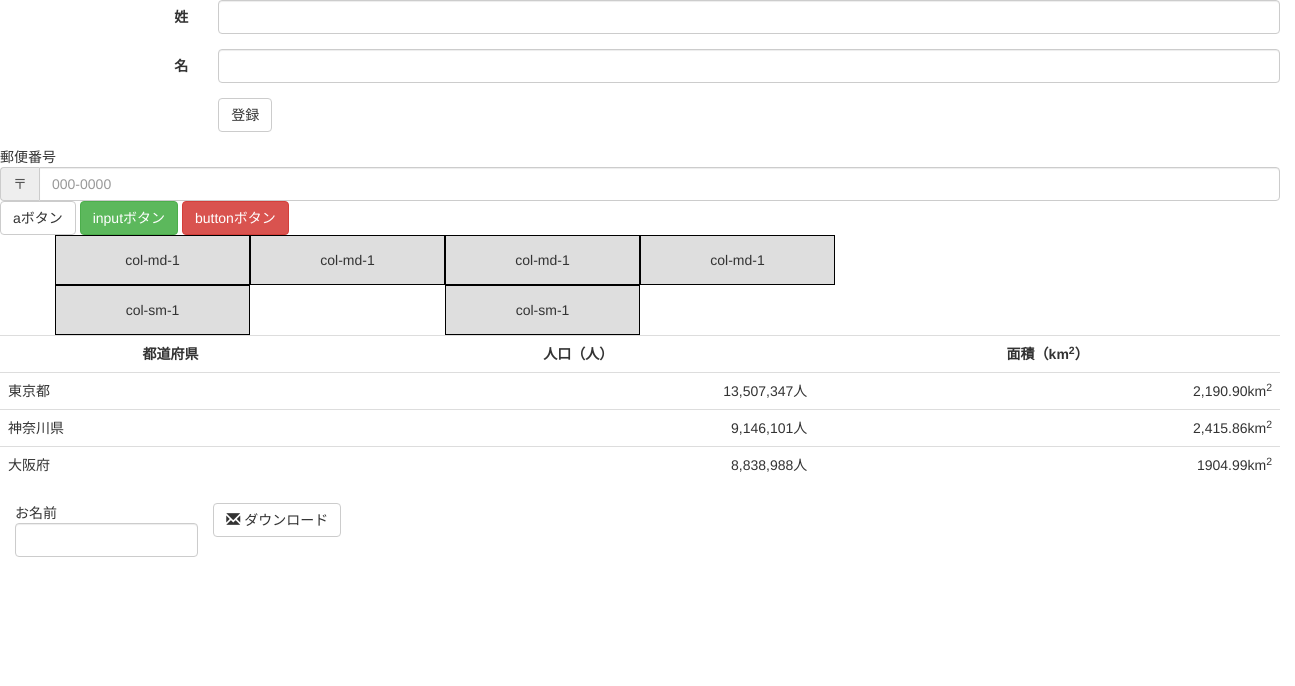
Repository: honokah/microposts
Page: Bootstrap/bootstrap_lesson.html
The author's editor kept a record of every edit. The page is drawn from the files as they stood at one moment, then again after the next edit.
The browser window is 1280 px wide. The page is 1295 px wide, so the pictures cover 1295 px, including what lies to the right of the window. The pictures show the whole page.

Above is the page before.

### Bootstrap/bootstrap_lesson.html
<!DOCTYPE html>
<html>
    <head>
        <meta charset="utf-8">
        <meta http-equiv="X-UA-Compatible" content="IE=edge">
        <meta name="viewport" content="width=device-width, initial-scale=1">
        <link rel="stylesheet" href="bootrap.css">

        <title>Grid System Test</title>

        <!-- Bootstrap CSS-->
        <link rel="stylesheet" href="https://maxcdn.bootstrapcdn.com/bootstrap/3.3.7/css/bootstrap.min.css">
        <!-- jQuery -->
        <script src="https://ajax.googleapis.com/ajax/libs/jquery/1.12.4/jquery.min.js"></script>
        <!-- Bootstrap JavaScript-->
        <script src="https://maxcdn.bootstrapcdn.com/bootstrap/3.3.7/js/bootstrap.min.js"></script>

        <style>
            .row div {
                border: 1px solid #000;
                padding: 1em;
                text-align: center;
                background-color: #dedede;
            }
        </style>

    </head>



    <body>



<form class="form-horizontal">
  <!-- "form-group" expresses a row -->
  <div class="form-group">
    <label class="col-xs-2 control-label">姓</label>
    <div class="col-xs-10">
      <input type="text" class="form-control" name="lastname">
    </div>
  </div>

  <!-- row -->
  <div class="form-group">
    <label class="col-xs-2 control-label">名</label>
    <div class="col-xs-10">
      <input type="text" class="form-control" name="
      firstname">
    </div>
  </div>

  <!-- row -->
  <div class="form-group">
    <div class="col-xs-offset-2 col-sm-10">
      <button type="submit" class="btn btn-default">登録</button>
    </div>
  </div>
</form>

 <form>
  郵便番号
  <div class="input-group">
    <!-- left accessory -->
    <span class="input-group-addon">〒</span>

    <input type="text" class="form-control" placeholder="000-0000">
  </div>
</form>

<a href="https://www.google.co.jp/" class="btn btn-default">aボタン</a>
<input type="submit" class="btn btn-success" value="inputボタン">
<button class="btn btn-danger" type="submit">buttonボタン</button>






        <div class="container","col-md-2">
            <div class="row">
                <div class="col-md-2">col-md-1</div>
                <div class="col-md-2">col-md-1</div>
                <div class="col-md-2">col-md-1</div>
                <div class="col-md-2">col-md-1</div>
            </div>

          <div class="row">
               <div class="col-sm-2">col-sm-1</div>
               <div class="col-sm-offset-2 col-sm-2">col-sm-1</div>
          </div>
        </div>

        <table class="table">
    <tr>
        <th class="text-center">都道府県</th>
        <th class="text-center">人口（人）</th>
        <th class="text-center">面積（km<sup>2</sup>）</th>
    </tr>
    <tr>
        <td>東京都</td>
        <td class="text-right">13,507,347人</td>
        <td class="text-right">2,190.90km<sup>2</sup></td>
    </tr>
    <tr>
        <td>神奈川県</td>
        <td class="text-right">9,146,101人</td>
        <td class="text-right">2,415.86km<sup>2</sup></td>
    </tr>
    <tr>
        <td>大阪府</td>
        <td class="text-right">8,838,988人</td>
        <td class="text-right">1904.99km<sup>2</sup></td>
    </tr>
</table>


<form class="col-md-2">
    お名前
    <input type="text" class="form-control">
</form>


<button type="button" class="btn btn-default">
  <span class="glyphicon glyphicon-envelope"></span>
  ダウンロード
</button>


    </body>
</html>

### Bootstrap/bootrap.css
@charset"UTF-8";


.table {
  width: 500px;
}

After the next edit:
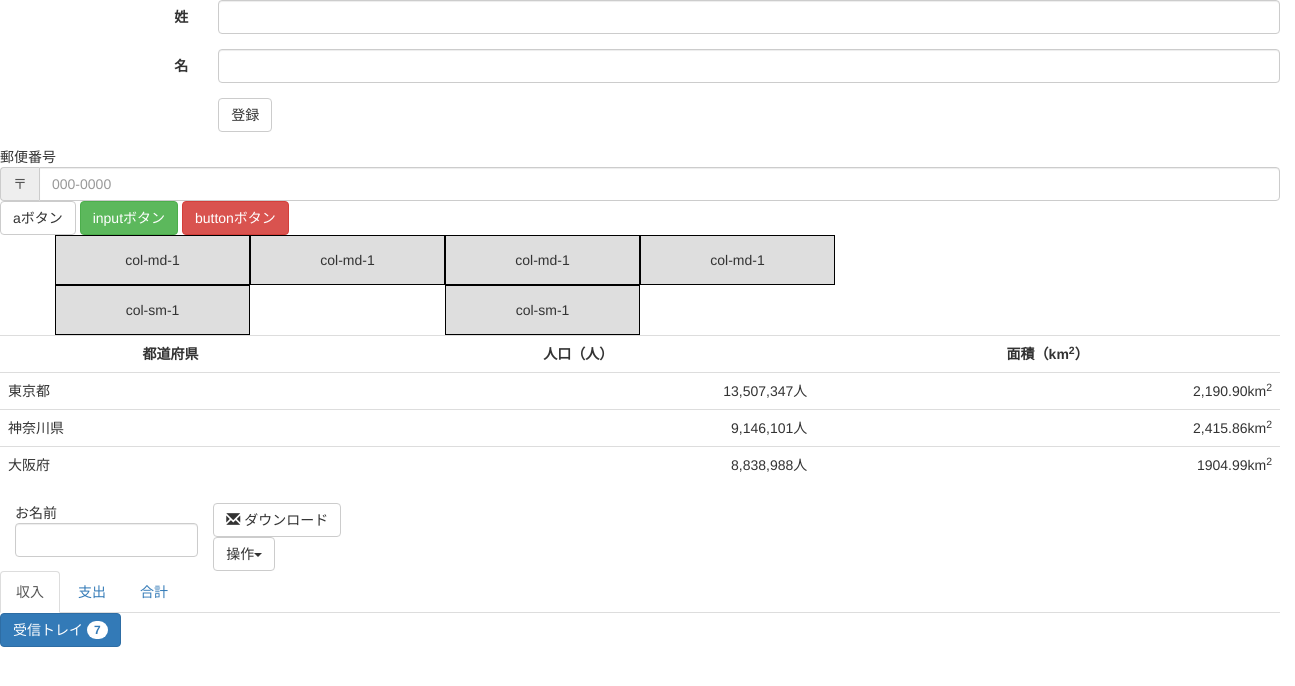
The edit:
--- a/Bootstrap/bootstrap_lesson.html
+++ b/Bootstrap/bootstrap_lesson.html
@@ -126,6 +126,29 @@
   ダウンロード
 </button>
 
+<div class="dropdown">
+  <button type="button" class="btn btn-default dropdown-toggle" data-toggle="dropdown">
+    操作<span class="caret"></span>
+  </button>
+  <!-- choices -->
+  <ul class="dropdown-menu">
+    <li><a href="#">返信</a></li>
+    <li><a href="#">転送</a></li>
+    <li role="separator" class="divider"></li>
+    <li><a href="#">削除</a></li>
+  </ul>
+</div>
+
+<ul class="nav nav-tabs">
+  <li class="active"><a href="#">収入</a></li>
+  <li><a href="#">支出</a></li>
+  <li><a href="#">合計</a></li>
+</ul>
+
+<button class="btn btn-primary" type="button">
+  受信トレイ <span class="badge">7</span>
+</button>
+
 
     </body>
 </html>
